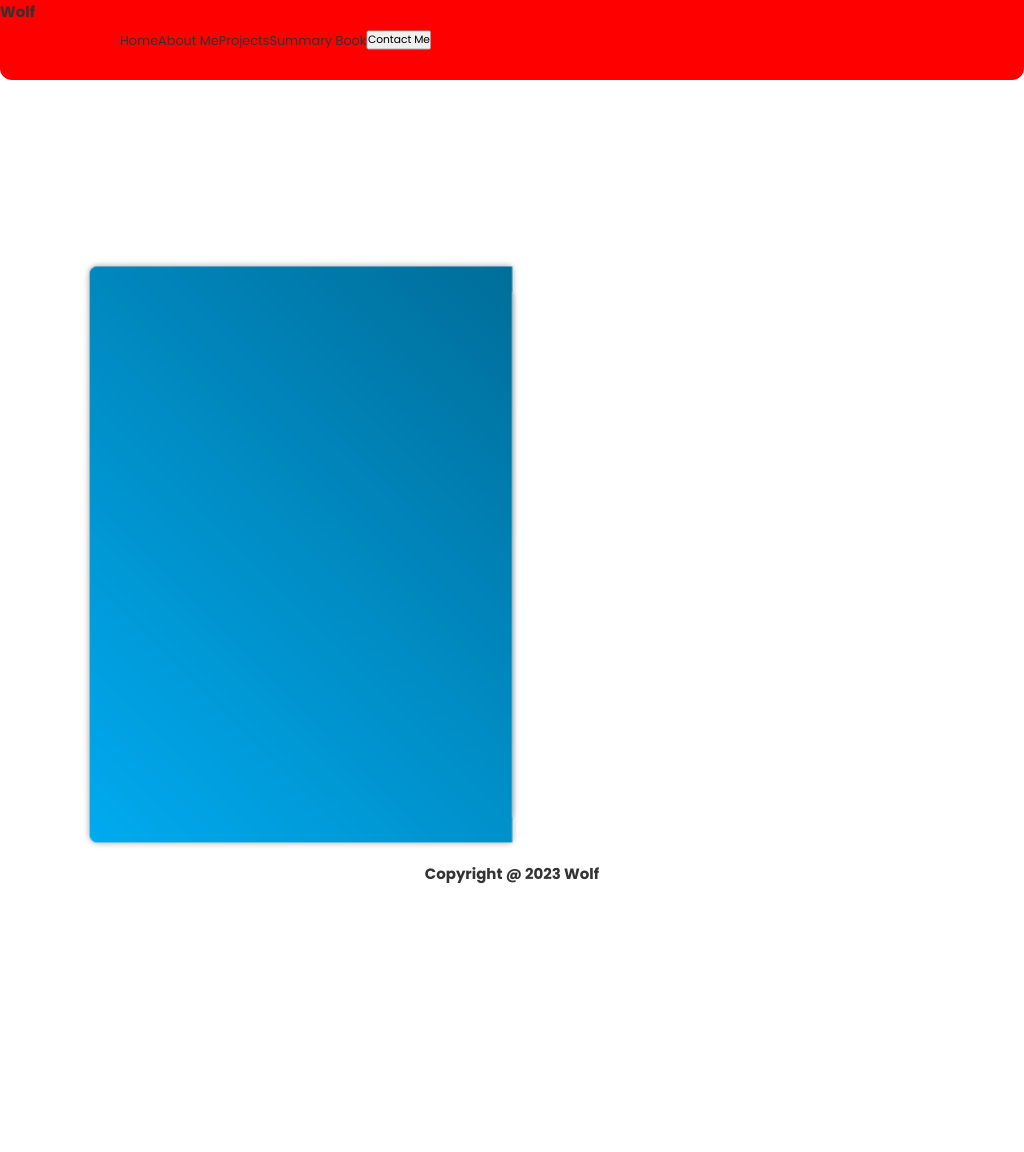
Repository: Ego-Wolf/Portfolio
Page: index.html
The author's editor kept a copy of each file at every save. The page is drawn from the files as they stood at one save, then again after the next save.
The browser window is 1280 px wide. The pictures show the whole page, at 80% of full size.
Pictures or frames that could not be fetched are drawn as grey boxes.

Above is the page before, as saved 2023-12-14 16:32:15.

After the next save:
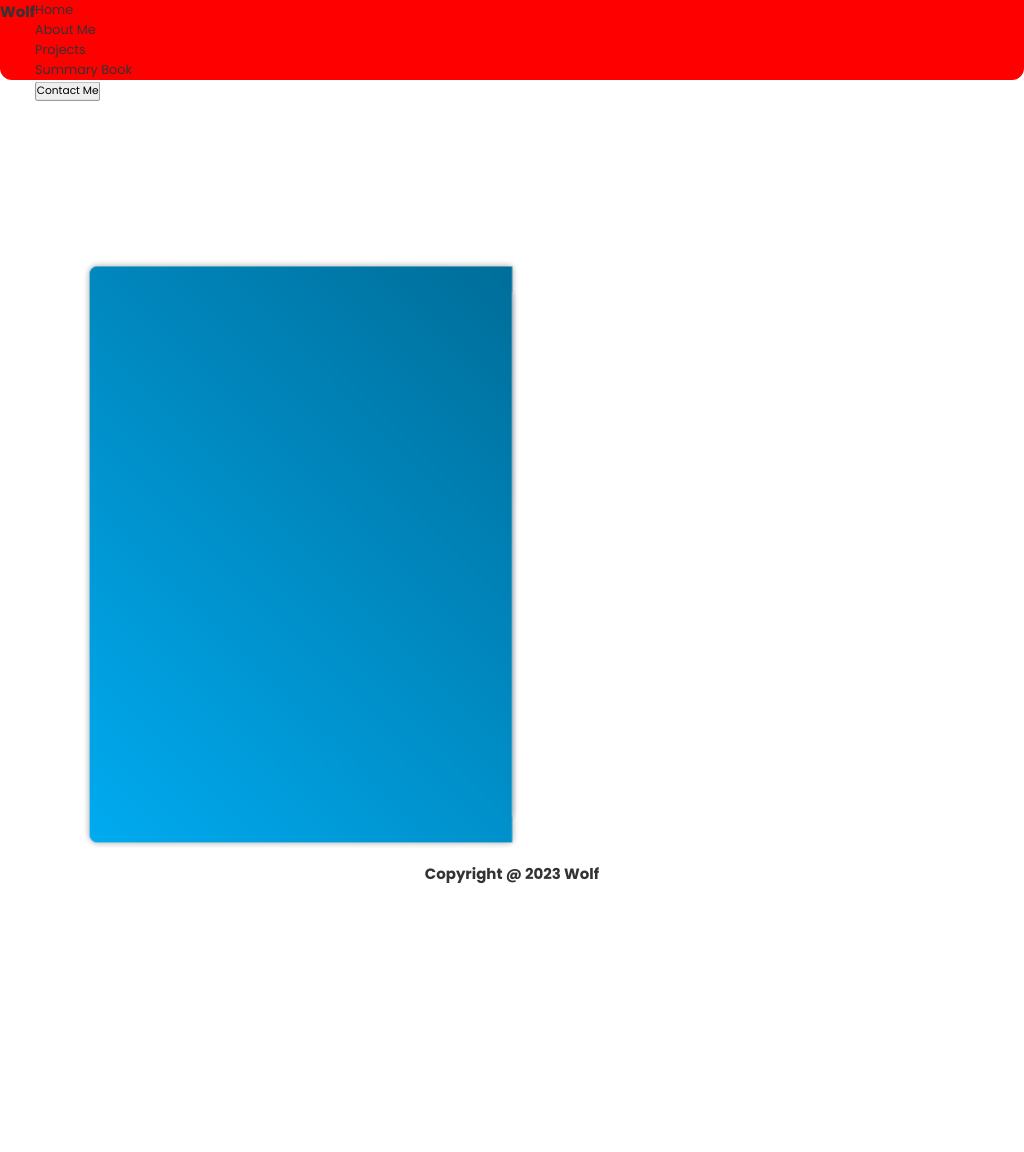
Saved 5 s later.
--- a/style.css
+++ b/style.css
@@ -52,28 +52,7 @@
     z-index: 700;
 }
 
-.header ul {
-    width: 80%;
-    display: flex;
-    margin: 0 auto;
-    align-items: center;
-}
-
-
-
-.header ul h3 {
-    font-size: 40px;
-    font-family: var(--font-family-logo);
-    /* display: flex; */
-    /* justify-content: start; */
-}
-
-
-.header ul li {
-    display: flex;
-    /* justify-content: center;
-    margin-right: 0px; */
-}
+
 
 
 .wrapper {
